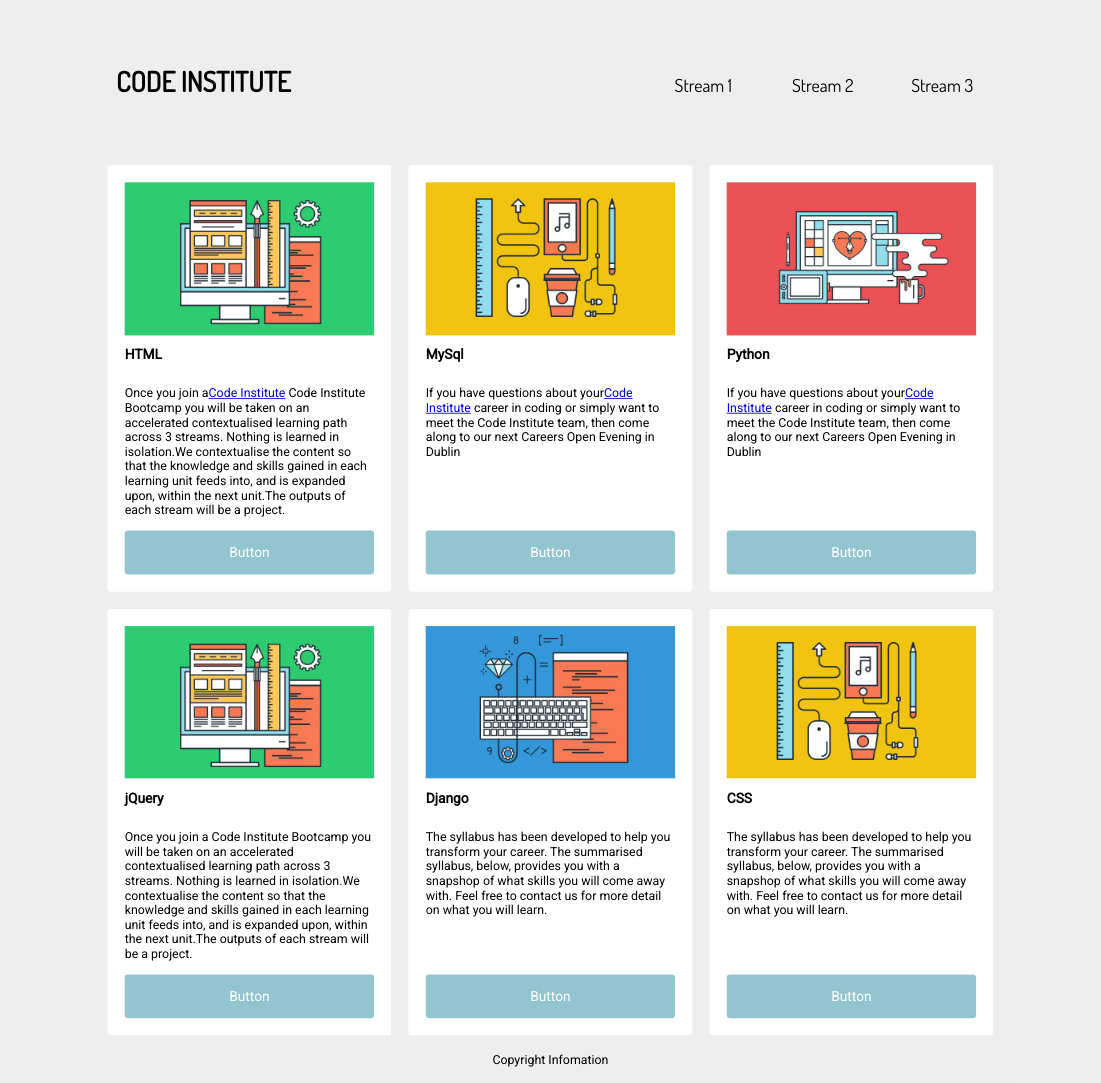
Repository: SOliv1/jquery-downloading-selectors
Page: index.html
The author's editor kept a record of every edit. The page is drawn from the files as they stood at one moment, then again after the next edit.
The browser window is 1280 px wide. The pictures show the whole page, at 86% of full size.
Some web libraries are served in a nearby version.

Above is the page before.

After the next edit:
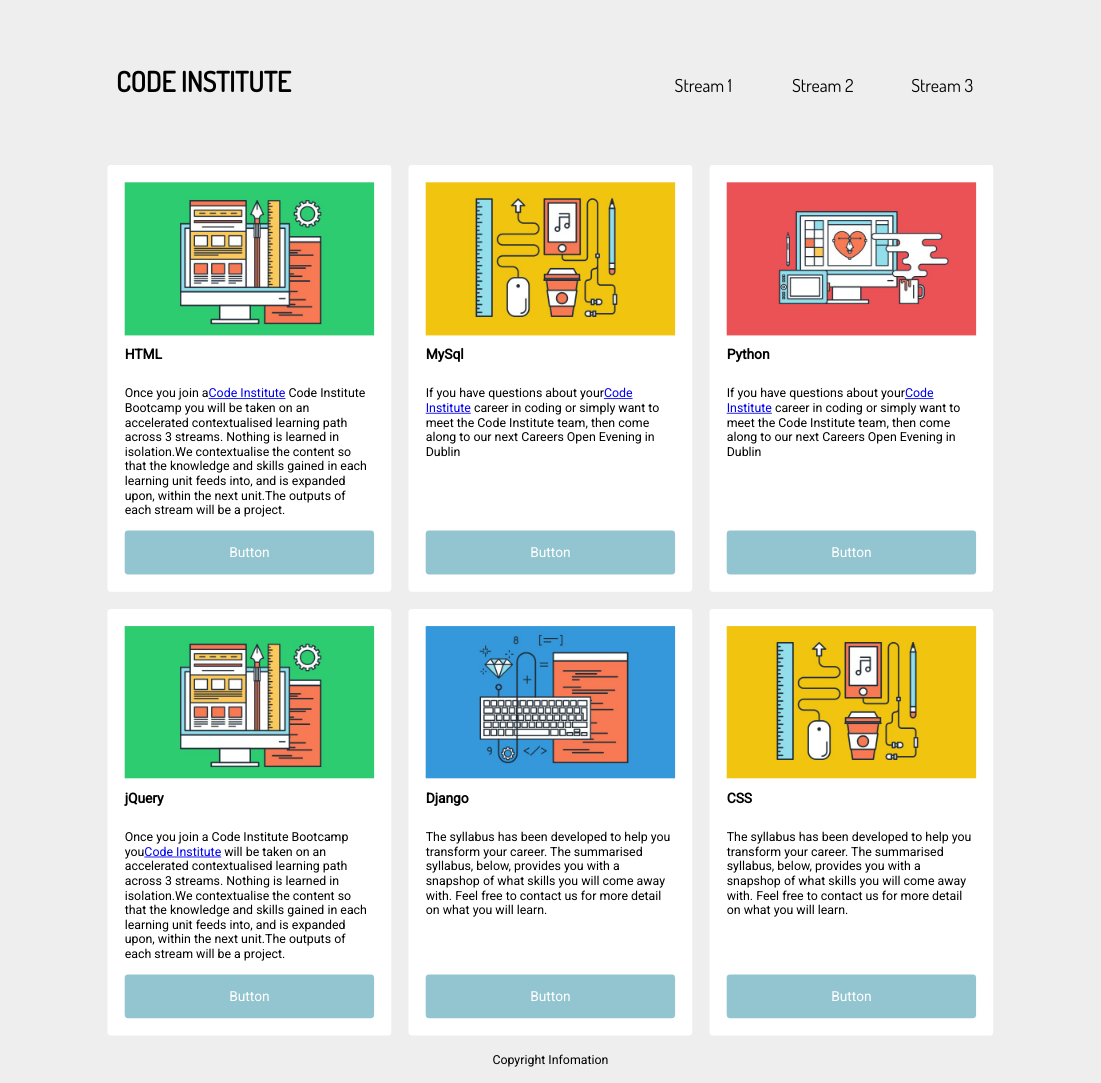
The edit:
--- a/index.html
+++ b/index.html
@@ -87,7 +87,7 @@
 
 				<h2 class="card_head">jQuery</h2>
 
-				<p class="card_para">Once you join a Code Institute Bootcamp you will be taken on an accelerated contextualised learning path across 3 streams. Nothing is learned in isolation.We contextualise the content so that the knowledge and skills gained in each learning unit feeds into, and is expanded upon, within the next unit.The outputs of each stream will be a project. </p>
+				<p class="card_para">Once you join a Code Institute Bootcamp you<a href="#">Code Institute</a> will be taken on an accelerated contextualised learning path across 3 streams. Nothing is learned in isolation.We contextualise the content so that the knowledge and skills gained in each learning unit feeds into, and is expanded upon, within the next unit.The outputs of each stream will be a project. </p>
 
 				<a href="" class="bottom_button">Button</a>
 
